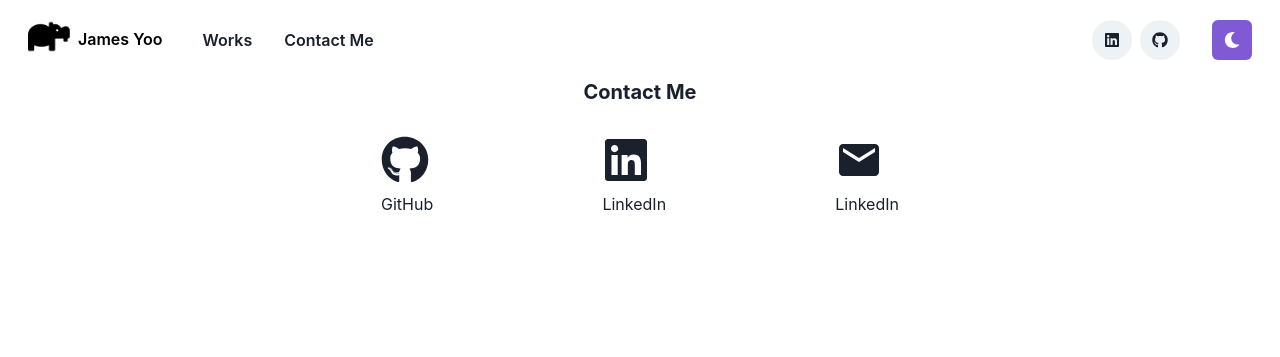
Repository: jammy729/portfolio-2022
Page: /contact
An editor plug-in stored every save of this project. The page is shown before and after the next save, followed by the edit.
The browser window is 1280 px wide. The pictures show the whole page.
The project was rebuilt for these pictures with package versions that can differ from the ones it lists, and the page was loaded fresh each time. Also part of the build but not shown: src/components/work/layout.js, src/components/home.js, src/components/layouts/work-grid.js, src/components/layouts/layout.js, src/components/work/work.js, src/components/work/Development/WorldInstitutionDatabase/worldinstitutiondatabase.js, src/components/work/Development/EducationVisualAnalytics/educationvisualanalytics.js. Imported but missing from the stored project, and not drawn on this page: src/components/work/Development/Images/eva.pdf, src/components/work/Development/WorldInstitutionDatabase/universityDatabase.mp4.

Above is the page before, as saved 2022-07-04 16:49:02.

### public/index.html
<!DOCTYPE html>
<html lang="en">
  <head>
    <meta charset="utf-8" />
    <meta name="viewport" content="width=device-width, initial-scale=1" />

    <link rel="shortcut icon" href="%PUBLIC_URL%/hippo.png" />
    <link rel="manifest" href="%PUBLIC_URL%/manifest.json" />

    <title>James Yoo</title>
  </head>
  <body>
    <div id="root"></div>
  </body>
</html>

### src/index.js
import React from 'react'
import ReactDOM from 'react-dom/client'
import './index.css'
import App from './components/App'
import { ChakraProvider, ColorModeScript } from '@chakra-ui/react'

const root = ReactDOM.createRoot(document.getElementById('root'))
root.render(
  <React.StrictMode>
    <ChakraProvider>
      <ColorModeScript initialColorMode='light' />
      <App />
    </ChakraProvider>
  </React.StrictMode>
)

### src/index.css
html, body {
    height: 100%;
  }

### src/components/App.js
import React from 'react'
import Navbar from './navbar'
import { BrowserRouter as Router, Routes, Route } from 'react-router-dom'
import Home from './home'
import Work from './work/work'
import Contact from './contact'
import UniversityDatabase from './work/Development/WorldInstitutionDatabase/worldinstitutiondatabase'
import EducationVisualAnalytic from './work/Development/EducationVisualAnalytics/educationvisualanalytics'

const App = () => {
  return (
    <Router>
      <Navbar />
      <Routes>
        <Route exact path='/' element={<Home />} />

        <Route exact path='/work' element={<Work />} />
        <Route
          exact
          path='/work/world-institution-database'
          element={<UniversityDatabase />}
        />
        <Route
          exact
          path='/work/education-visual-analytics'
          element={<EducationVisualAnalytic />}
        />
        <Route exact path='/contact' element={<Contact />} />
      </Routes>
    </Router>
  )
}

export default App

### src/components/navbar.js
import { Link } from 'react-router-dom'
import { IconButton } from '@chakra-ui/button'
import { useColorMode } from '@chakra-ui/color-mode'
import { HamburgerIcon } from '@chakra-ui/icons'
import { GoMarkGithub } from 'react-icons/go'
import {
  Flex,
  Stack,
  HStack,
  Spacer,
  MenuItem,
  MenuButton,
  Menu,
  MenuList,
  Box,
  MenuGroup,
  Text,
  Icon,
  Tooltip
} from '@chakra-ui/react'
import { FaSun, FaMoon, FaGithub, FaLinkedin } from 'react-icons/fa'

import Logo from './logo'
const Navbar = () => {
  const { colorMode, toggleColorMode } = useColorMode()
  const isDark = colorMode === 'dark'
  return (
    <Stack direction={'row'} p={5}>
      <Flex w='full' mx={2}>
        <Logo />

        {/* DESKTOP  */}
        <HStack
          ml={7}
          justifyContent='center'
          alignItems='center'
          display={{ base: 'none', lg: 'flex' }}
        >
          <Menu>
            <Box px={3}>
              <Link to='./work'>
                <Text fontWeight='semibold'>Works</Text>
              </Link>
            </Box>
            <Box px={3}>
              <Link to='./contact'>
                <Text fontWeight='semibold'>Contact Me</Text>
              </Link>
            </Box>
          </Menu>
        </HStack>

        <Spacer />

        {/* RESPONSIVE  */}
        <Box flex={3} align='right' fontSize='md' fontWeight='semibold'>
          <Box flex={1} display={{ base: 'inline-block', lg: 'none' }}>
            <Menu isLazy id='navbar-menu'>
              <Tooltip
                label={isDark ? 'Light Mode' : 'Dark Mode'}
                fontSize='md'
              >
                <IconButton
                  boxSize='3rem'
                  mx={1}
                  icon={isDark ? <FaSun /> : <FaMoon />}
                  onClick={toggleColorMode}
                  colorScheme={isDark ? 'orange' : 'purple'}
                />
              </Tooltip>
              <Tooltip label='Menu' fontSize='md'>
                <MenuButton
                  boxSize='3rem'
                  as={IconButton}
                  icon={<HamburgerIcon />}
                  aria-label='Options'
                  colorScheme={isDark ? 'blue' : 'blackAlpha'}
                />
              </Tooltip>
              <MenuList w={['80vw', '50vw']}>
                <MenuGroup>
                  <MenuItem pl={5}>
                    <Link to='./work'>Works</Link>
                  </MenuItem>
                  <MenuItem pl={5}>
                    <Link to='./contact'>Contact</Link>
                  </MenuItem>
                  <MenuItem pl={5}>
                    <a
                      href='https://www.linkedin.com/in/james-yoo-b4a1231a5/'
                      target='blank'
                    >
                      <Icon as={FaLinkedin} mr={1} />
                      LinkedIn
                    </a>
                  </MenuItem>
                  <MenuItem pl={5}>
                    <a href='https://github.com/jammy729' target='blank'>
                      <Icon as={GoMarkGithub} mr={1} />
                      GitHub
                    </a>
                  </MenuItem>
                </MenuGroup>
              </MenuList>
            </Menu>
          </Box>
        </Box>

        <Box display={{ base: 'none', lg: 'flex' }}>
          <a
            href='https://www.linkedin.com/in/james-yoo-b4a1231a5/'
            target='blank'
          >
            <Tooltip label='LinkedIn' fontSize='md'>
              <IconButton
                icon={<FaLinkedin />}
                isRound='true'
                linkButton={true}
                mx={2}
              />
            </Tooltip>
          </a>
          <a href='https://github.com/jammy729' target='blank'>
            <Tooltip label='GitHub' fontSize='md'>
              <IconButton
                icon={<FaGithub />}
                isRound='true'
                linkButton={true}
              />
            </Tooltip>
          </a>
          <Tooltip label={isDark ? 'Light Mode' : 'Dark Mode'} fontSize='md'>
            <IconButton
              ml={8}
              icon={isDark ? <FaSun /> : <FaMoon />}
              onClick={toggleColorMode}
              colorScheme={isDark ? 'orange' : 'purple'}
            />
          </Tooltip>
        </Box>
      </Flex>
    </Stack>
  )
}

export default Navbar

### src/components/contact.js
import React, { useRef } from 'react'
import {
  Container,
  Text,
  Heading,
  Divider,
  Center,
  Icon,
  Box,
  Stack,
  Link
} from '@chakra-ui/react'
import { FaGithub, FaLinkedin } from 'react-icons/fa'
import { Title } from './layouts/work-grid'
import emailjs from '@emailjs/browser'
import { MdEmail } from 'react-icons/md'
const Contact = () => {
  const form = useRef()

  const sendEmail = e => {
    e.preventDefault()

    emailjs
      .sendForm(
        'service_oltp1k9',
        'template_4q435ac',
        form.current,
      )
      .then(
        result => {
          console.log(result.text)
        },
        error => {
          console.log(error.text)
        }
      )
  }
  return (
    <Box>
      <Container maxW='550px'>
        <Center>
          <Heading size='md' centerContent mb={8}>
            Contact Me
          </Heading>
        </Center>

        <Stack direction='row' justifyContent='space-between'>
          <Stack>
            <Icon justifyContent='center' as={FaGithub} w={12} h={12} />
            <Link href='https://github.com/jammy729' target='_blank'>
              GitHub
            </Link>
          </Stack>
          <Stack>
            <Icon justifyContent='center' as={FaLinkedin} w={12} h={12} />
            <Link
              href='https://www.linkedin.com/in/james-yoo-b4a1231a5/'
              target='_blank'
            >
              LinkedIn
            </Link>
          </Stack>
          <Stack>
            <Icon justifyContent='center' as={MdEmail} w={12} h={12} />
            <Link>LinkedIn</Link>
          </Stack>
        </Stack>
      </Container>
    </Box>
  )
}

export default Contact

### src/components/logo.js
import React from 'react'
import { Box, Center, Image, Heading, Text } from '@chakra-ui/react'
import { Link } from 'react-router-dom'
import { useColorMode } from '@chakra-ui/color-mode'
import styled from '@emotion/styled'
import HippoImg from '../contents/hippo.png'
import HippoImgDark from '../contents/hippo-dark.png'
import { useMediaQuery } from '@chakra-ui/react'

const LogoBox = styled.span`
  display: inline-flex;
  align-items: center;

  &:hover img {
    transform: rotate(-10deg);
  }
`
const Logo = () => {
  const { colorMode } = useColorMode()
  const isDark = colorMode === 'dark'
  const [isLargeScreen] = useMediaQuery('(min-width:750px)')
  return (
    <Box>
      <Center>
        <LogoBox>
          <Image
            src={isDark ? HippoImgDark : HippoImg}
            w={{ base: '50px' }}
            pr={2}
          />
          <Heading
            size={isLargeScreen ? 'md' : 'md'}
            fontWeight='semibold'
            color={isDark ? 'white' : 'black'}
            mt='5px'
          >
            <Link to='/'>
              <Text fontSize='md'>James Yoo</Text>
            </Link>
          </Heading>
        </LogoBox>
      </Center>
    </Box>
  )
}

export default Logo

After the next save:
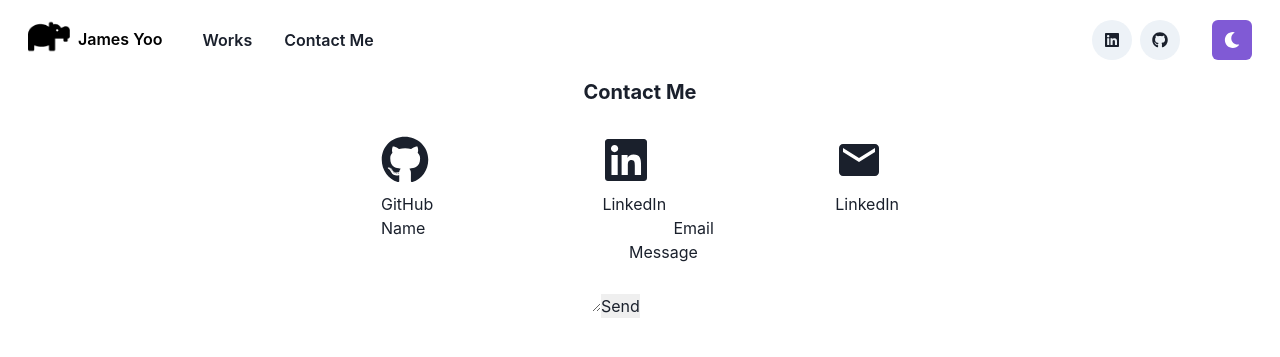
Saved 23 s later.
--- a/src/components/contact.js
+++ b/src/components/contact.js
@@ -20,20 +20,14 @@ const Contact = () => {
   const sendEmail = e => {
     e.preventDefault()
 
-    emailjs
-      .sendForm(
-        'service_oltp1k9',
-        'template_4q435ac',
-        form.current,
-      )
-      .then(
-        result => {
-          console.log(result.text)
-        },
-        error => {
-          console.log(error.text)
-        }
-      )
+    emailjs.sendForm('service_oltp1k9', 'template_4q435ac', form.current).then(
+      result => {
+        console.log(result.text)
+      },
+      error => {
+        console.log(error.text)
+      }
+    )
   }
   return (
     <Box>
@@ -65,6 +59,15 @@ const Contact = () => {
             <Link>LinkedIn</Link>
           </Stack>
         </Stack>
+        <form ref={form} onSubmit={sendEmail}>
+          <label>Name</label>
+          <input type='text' name='user_name' />
+          <label>Email</label>
+          <input type='email' name='user_email' />
+          <label>Message</label>
+          <textarea name='message' />
+          <input type='submit' value='Send' />
+        </form>
       </Container>
     </Box>
   )
